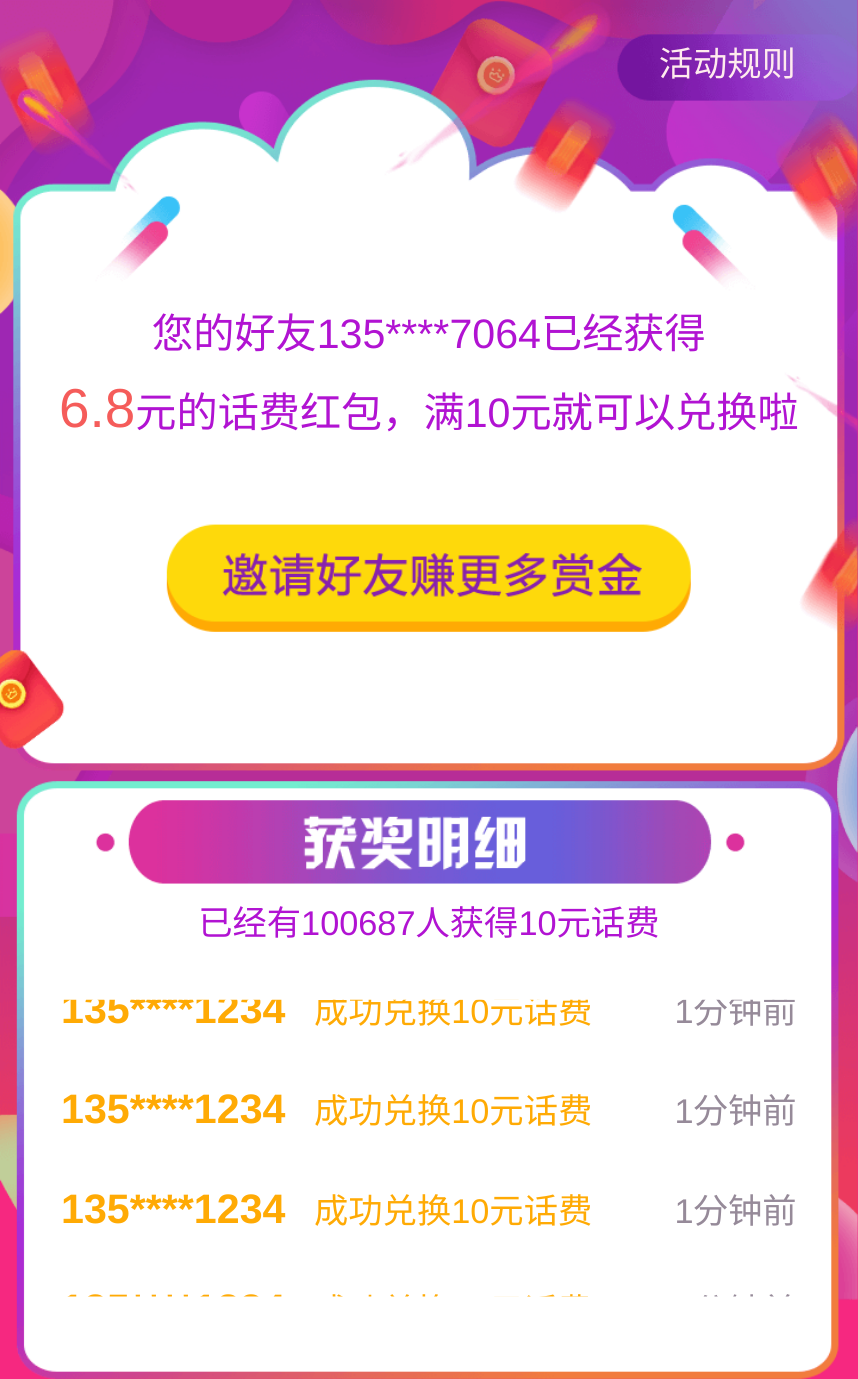
Repository: wangbiaozy/hb
Page: index_hjmx.html
These files come from the project's save history. The page is drawn as it stood at one moment and after the next save; the edit follows.
The browser window is 1280 px wide. The pictures show the whole page, at 67% of full size.

Above is the page before, as saved 2018-08-16 16:37:00.

After the next save:
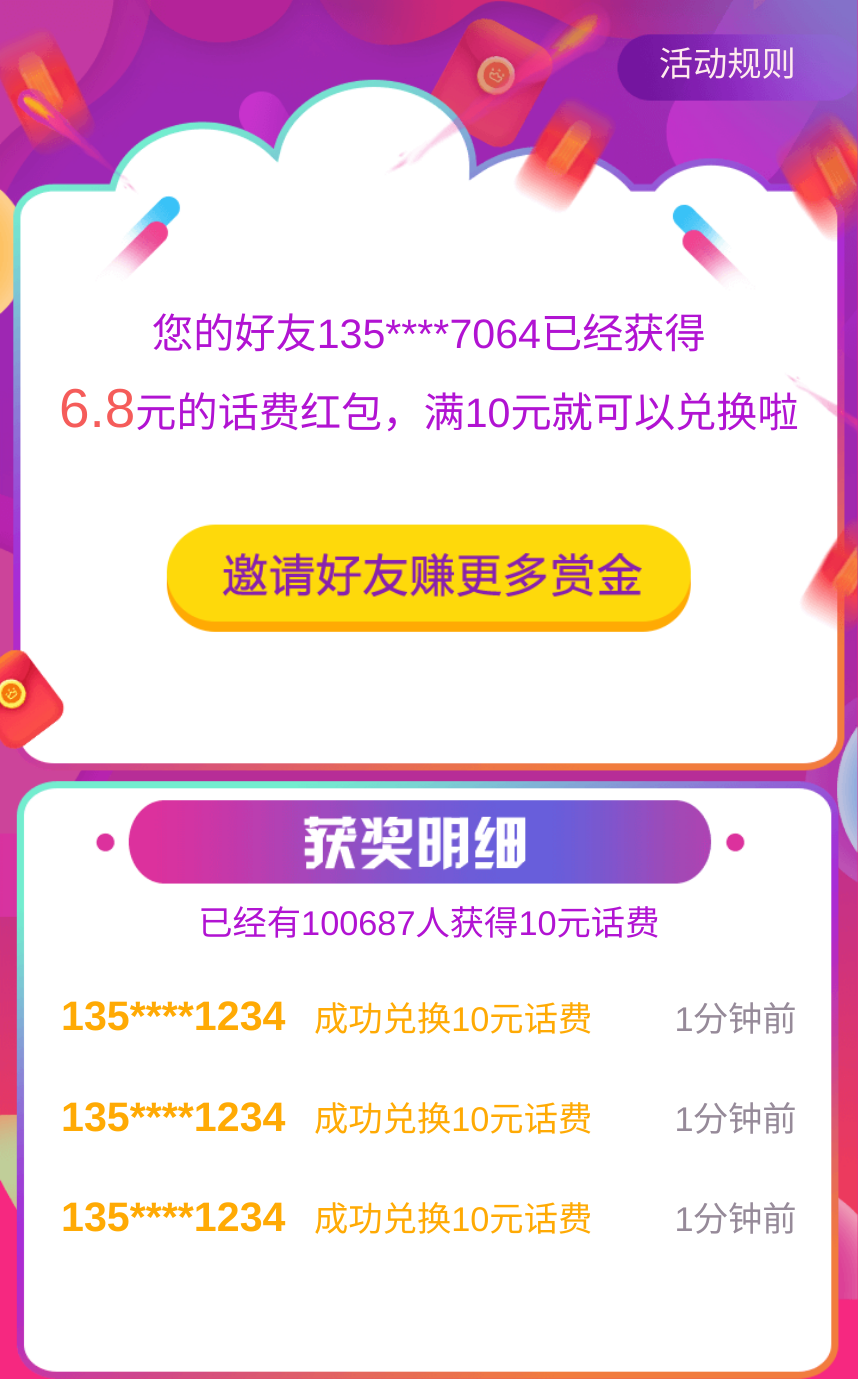
Saved 28 s later.
--- a/js/index.js
+++ b/js/index.js
@@ -53,7 +53,7 @@ $(function () {
     var z = 0;
     function up() {
         listPanel.animate({
-            'top': (z - .44) + 'rem'
+            'top': (z - .22) + 'rem'
         }, 1500, 'linear', function () {
             listPanel.css({'top': '0px'}).find("li:first").appendTo(listPanel);
             up();
